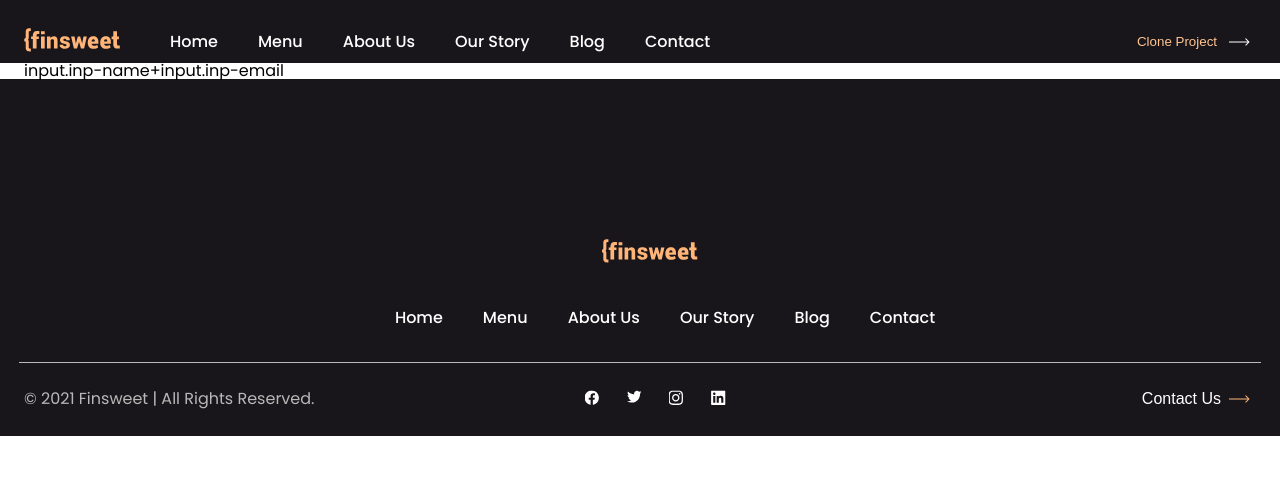
Repository: Minns-Cao/project-finsweet
Page: contact.html
An editor plug-in stored every save of this project. The page is shown before and after a run of saves, followed by the edit.
The browser window is 1280 px wide. The pictures show the whole page.
Some web fonts or font styles are not loaded; a fallback is used.

Above is the page before, as saved 2023-05-05 13:43:39.

After the next 2 saves:
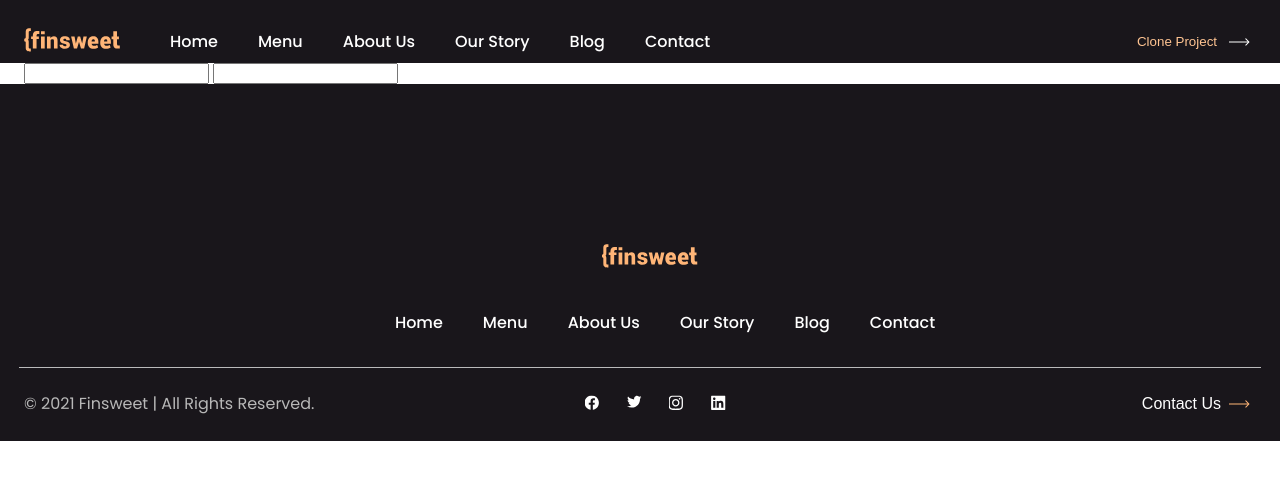
The 2 saves are shown as one change because they came seconds apart.
The last was saved 5 s later.
--- a/contact.html
+++ b/contact.html
@@ -146,7 +146,10 @@
                         <h2 class="heading"></h2>
                         <p class="desc"></p>
                         <div class="input">
-                            <div class="input-info">input.inp-name+input.inp-email</div>
+                            <div class="input-info">
+                                <input type="text" class="inp-name" />
+                                <input type="text" class="inp-email" />
+                            </div>
                             <div class="input-msg"></div>
                         </div>
                     </div>
